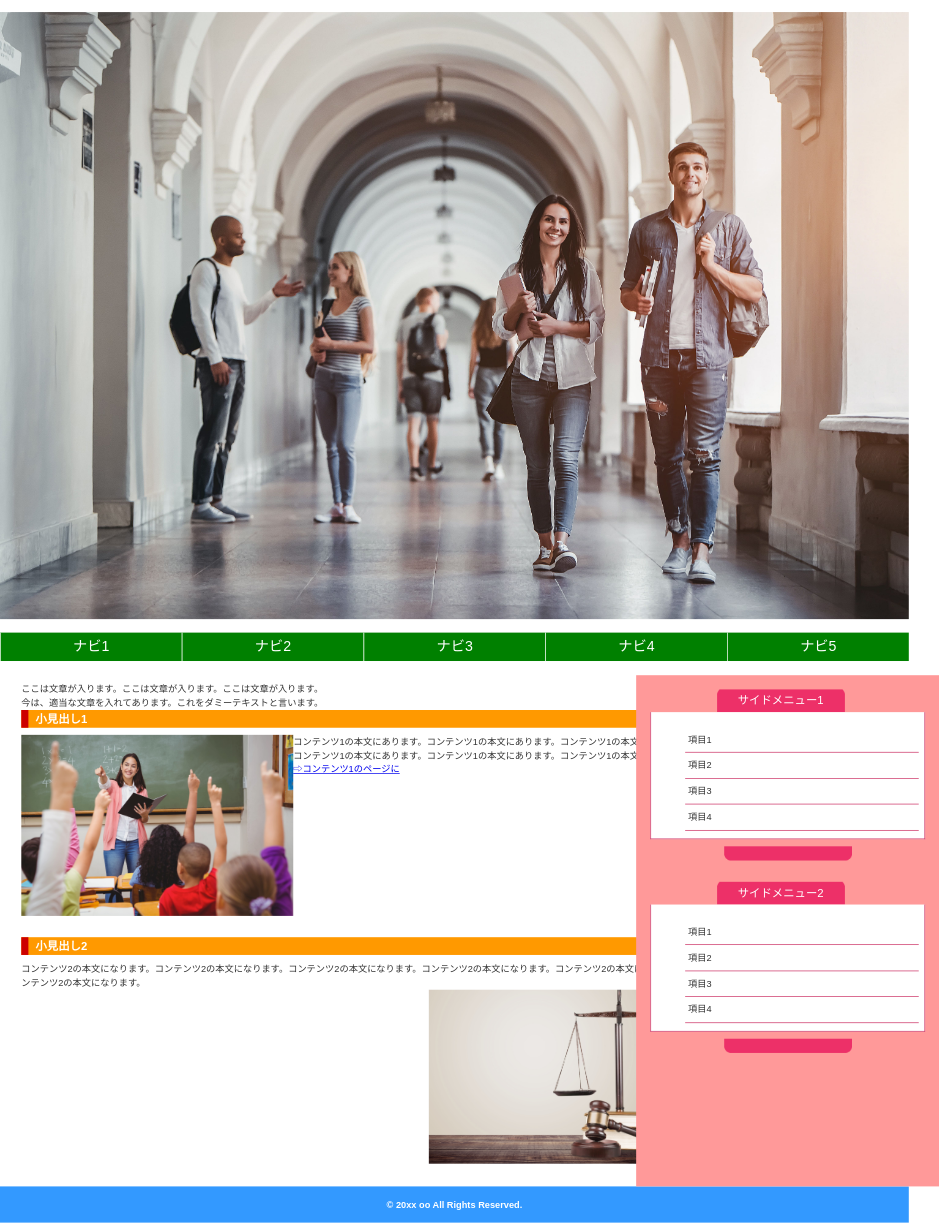
Repository: 777yuuki/samurai_HTML-CSS
Page: testo.html
The author's editor kept a record of every edit. The page is drawn from the files as they stood at one moment, then again after the next edit.
The browser window is 1280 px wide. The page is 1323 px wide, so the pictures cover 1323 px, including what lies to the right of the window. The pictures show the whole page, at 71% of full size.

Above is the page before.

### testo.html
<!DOCTYPE html>
<html lang="ja">
<head>
    <meta charset="UTF-8">
    <meta name="viewport" content="width=device-width, initial-scale=1.0">
    <meta http-equiv="X-UA-Compatible" content="ie=edge">
    <title>テストホームページ</title>
    <link rel="stylesheet" href="testo.css" type="text/css" />
</head>
<body>
    <div class="header">
        <h1><a href="testo.html"><img id="corridor" src="images/corridor.jpg" alt="校舎"></a></h1>
    </div>
    <div class="wrapper">
        <div class="nav">
            <ul>
                <li><a href="#">ナビ1</a></li>
                <li><a href="#">ナビ2</a></li>
                <li><a href="#">ナビ3</a></li>
                <li><a href="#">ナビ4</a></li>
                <li><a href="#">ナビ5</a></li>
            </ul>
        </div>
        <div class="container">
            <div class="main">
               <p>ここは文章が入ります。ここは文章が入ります。ここは文章が入ります。<br>今は、適当な文章を入れてあります。これをダミーテキストと言います。</p>
               <div class="main-post">
                   <h1>小見出し1</h1>
                   <img id="classroom" src="images/classroom.jpg" alt="教室">
                   <p>コンテンツ1の本文にあります。コンテンツ1の本文にあります。コンテンツ1の本文にあります。コンテンツ1の本文にあります。コンテンツ1の本文にあります。コンテンツ1の本文にあります。
                   </p>
                   <p class="blue"><a href="#">⇨コンテンツ1のページに<a/></p>
               </div>
               <div class="main-post">
                   <h1>小見出し2</h1>
                   <p>コンテンツ2の本文になります。コンテンツ2の本文になります。コンテンツ2の本文になります。コンテンツ2の本文になります。コンテンツ2の本文になります。コンテンツ2の本文になります。
                   </p>
                   <img  id="scale" src="images/scale.jpg">
               </div>
            </div>
            <div class="side">
                <div class="side-main">
                    <div class="side-top">
                        <div class="side-title">
                            サイドメニュー1
                        </div>
                        <div class="side-box">
                            <ul>
                                 <li>項目1</li>
                                 <li>項目2</li>
                                 <li>項目3</li>
                                 <li>項目4</li>
                            </ul>
                        </div>
                    </div>
                </div>
                <div class="side-main">
                    <div class="side-top">
                        <div class="side-title">
                            サイドメニュー2
                        </div>
                        <div class="side-box">
                            <ul>
                                 <li>項目1</li>
                                 <li>項目2</li>
                                 <li>項目3</li>
                                 <li>項目4</li>
                            </ul>
                        </div>
                    </div>
                </div>
            </div>
        </div>
    </div>
    <div class="footer">
        <p>&copy; 20xx oo All Rights Reserved.</p>
    </div>
</body>
</html>

### testo.css
/*--- body ---*/
body{
    margin: 0;
    padding: 0;
    font-family: "ヒラギノ角ゴ Pro W3", "Hiragino Kaku Gothic Pro", "メイリオ", Meiryo, Osaka, "ＭＳ Ｐゴシック", "MS PGothic", sans-serif;
    color: #333;
    font-size: 13px;
    line-height: 150%;
}

/*--- header ---*/
.header{
    width:100%;
}
#corridor{
    width:100%;
}

/*--- wrapper ---*/
.wrapper{
    width: 100%;
    margin: auto;
    padding: 0;
    border: 0px;
    background-color: #fff;
}

/*--- nav ---*/
.nav{
    width:100%;
}

.nav ul{
    display: flex;
    list-style-type: none;
    margin: 0;
    padding: 0;
}

.nav ul li{
    width: 20%;
    text-align: center;
}

.nav ul li a{
    display: block;
    height: 20px;
    padding: 10px;
    margin: 0;
    color: #fff;
    font-size: 20px;
    text-decoration: none;
    border-left: 1px solid #fff;
    background-color: green;
}

.nav ul li a:hover{
    filter: drop-shadow(10px 10px 10px black);
}

/*--- container ---*/

.container{
    display: grid;
    grid-template-columns:70vw 30vw;
    clear: both;
    height: 720px;
    padding-top: 20px;

}
/*--- main ---*/
.main{
    height:700px;
    width:957px;
    padding: 10px 30px;
}

.main h1{
    font-size: 16px;
    margin: 0 0 10px 0;
    padding: 3px 10px;
    color: #fff;
    border-left: solid 10px #c00;
    background-color: #f90;
}

.main-post{
    height: 290px;
    width: 957px;
    margin: 0 0 30px 0;
}

#classroom{
    height: 255px;
    width: 383px;
    float: left;
}

#scale{
    height: 245px;
    width: 383px;
    float: right;
}

/*--- side ---*/

.side{
    height: 680px;
    width: 387px;
    padding: 20px;
    background-color: #ff9999;
}

.side-title{
    font-size: 16px;
    line-height: 16px;
    text-align: center;
    height: 16px;
    width: 351px;
    padding: 8px;
    background-position: 50% 50%;
    background-repeat: no-repeat;
    background-image: url(images/side_box_h2.png);
    color: #fff;
}

.side-top{
    background-image: url(images/side_box.png);
    background-position: 50% 100%;
    background-repeat: no-repeat;
    margin: 0 0 30px 0;
    padding: 0 0 30px 0;
}

.side-box{
    height: 162px;
    border-right: 1px solid #cc3366;
    border-bottom: 1px solid #cc3366;
    border-left: 1px solid #cc3366;
    padding: 8px;
    background-color: #fff;
}
.side-box li{
    border-bottom: 1px solid #cc3366;
    padding: 8px 0 8px 4px;
    list-style-type: none;
}

.side-box li:hover{
    box-shadow: 0 4px 4px rgba(0, 0, 0, 0.3);
}

/*--- p ---*/

p{
    height: 39px;
    width: 957px;
    margin: 0;
}

/*--- footer ---*/

.footer{
    font-weight: 700;
    text-align: center;
    background-color: #3399ff;
    height: 45.5px;
    padding: 3px 0;
    color: #FFF;
    clear: both;
}
.footer p{
    font-size: 13px;
    height: 19.5px;
    width: 100%;
    margin: 13px 0;
}

After the next edit:
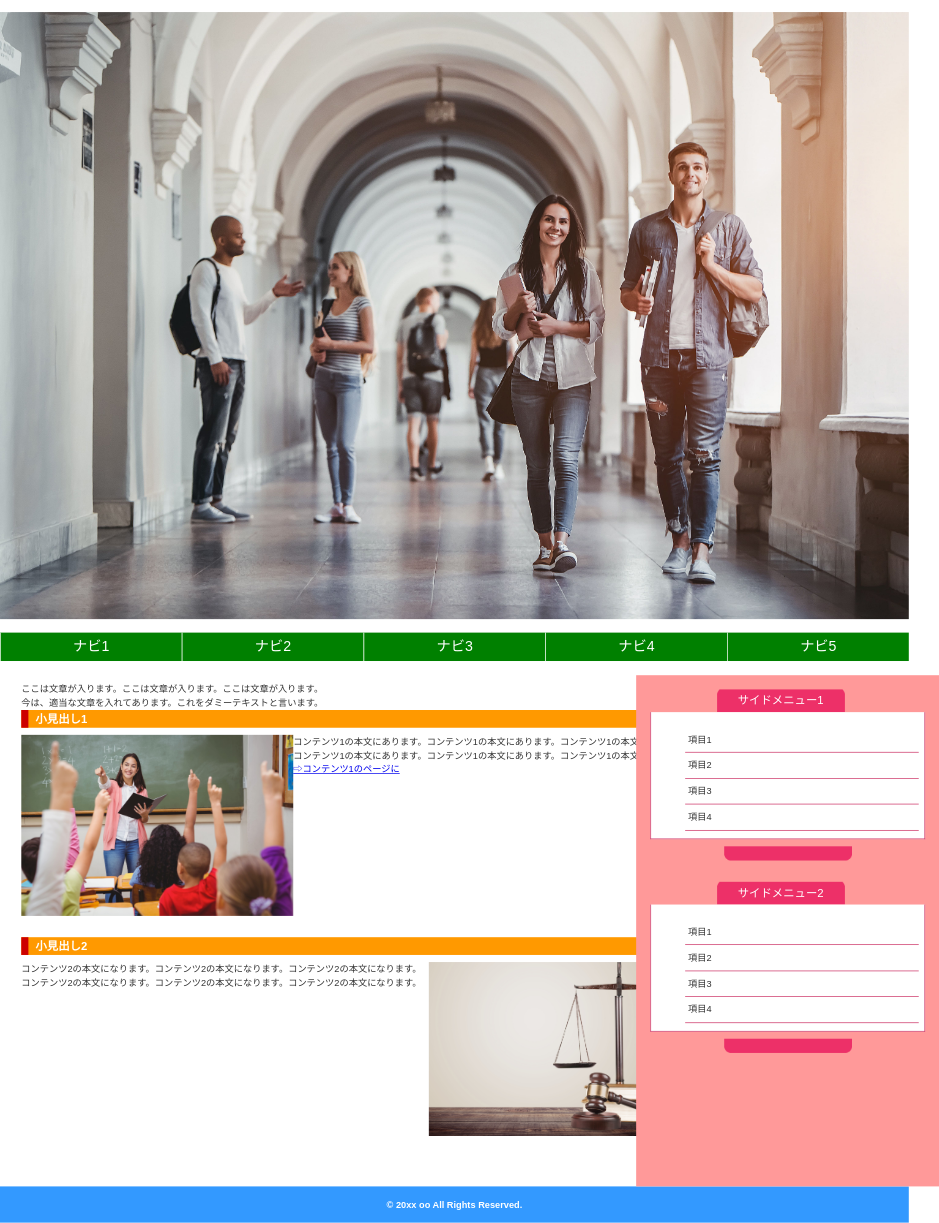
The edit:
--- a/testo.html
+++ b/testo.html
@@ -33,9 +33,9 @@
                </div>
                <div class="main-post">
                    <h1>小見出し2</h1>
+                   <img  id="scale" src="images/scale.jpg">
                    <p>コンテンツ2の本文になります。コンテンツ2の本文になります。コンテンツ2の本文になります。コンテンツ2の本文になります。コンテンツ2の本文になります。コンテンツ2の本文になります。
                    </p>
-                   <img  id="scale" src="images/scale.jpg">
                </div>
             </div>
             <div class="side">
